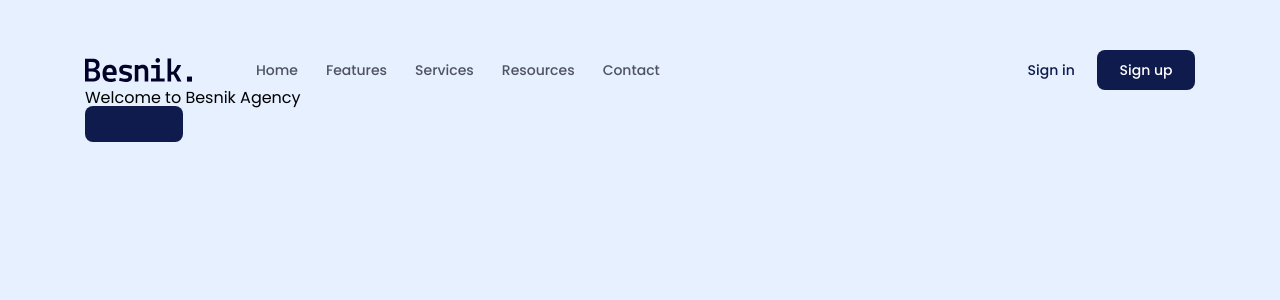
Repository: trungnguyen131/froject-01
Page: index.html
An editor plug-in stored every save of this project. The page is shown before and after the next save, followed by the edit.
The browser window is 1280 px wide. The pictures show the whole page.

Above is the page before, as saved 2024-02-25 23:25:49.

After the next save:
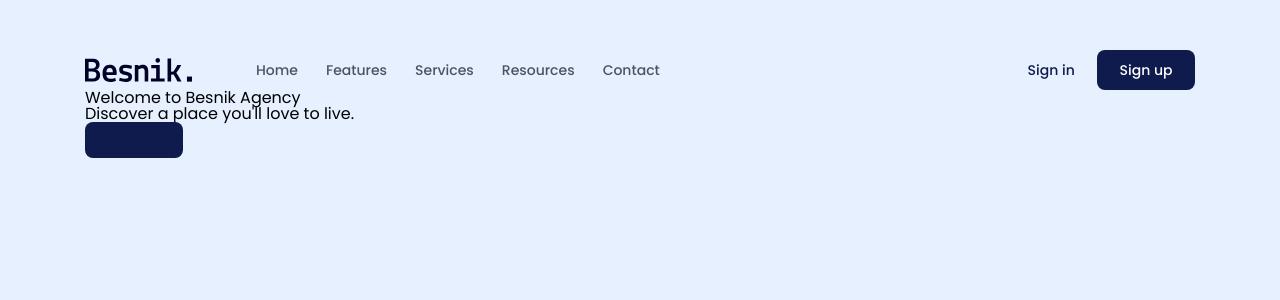
Saved 8 s later.
--- a/index.html
+++ b/index.html
@@ -33,7 +33,8 @@
                 <div class="hero">
                     <div class="info">
                         <p class="sub-title">Welcome to Besnik Agency</p>
-                        <h1 class="title"></h1>
+                        <h1 class="title">Discover a place
+                            you'll love to live.</h1>
                         <p class="desc"></p>
                         <a href="#!" class="btn"></a>
                     </div>
